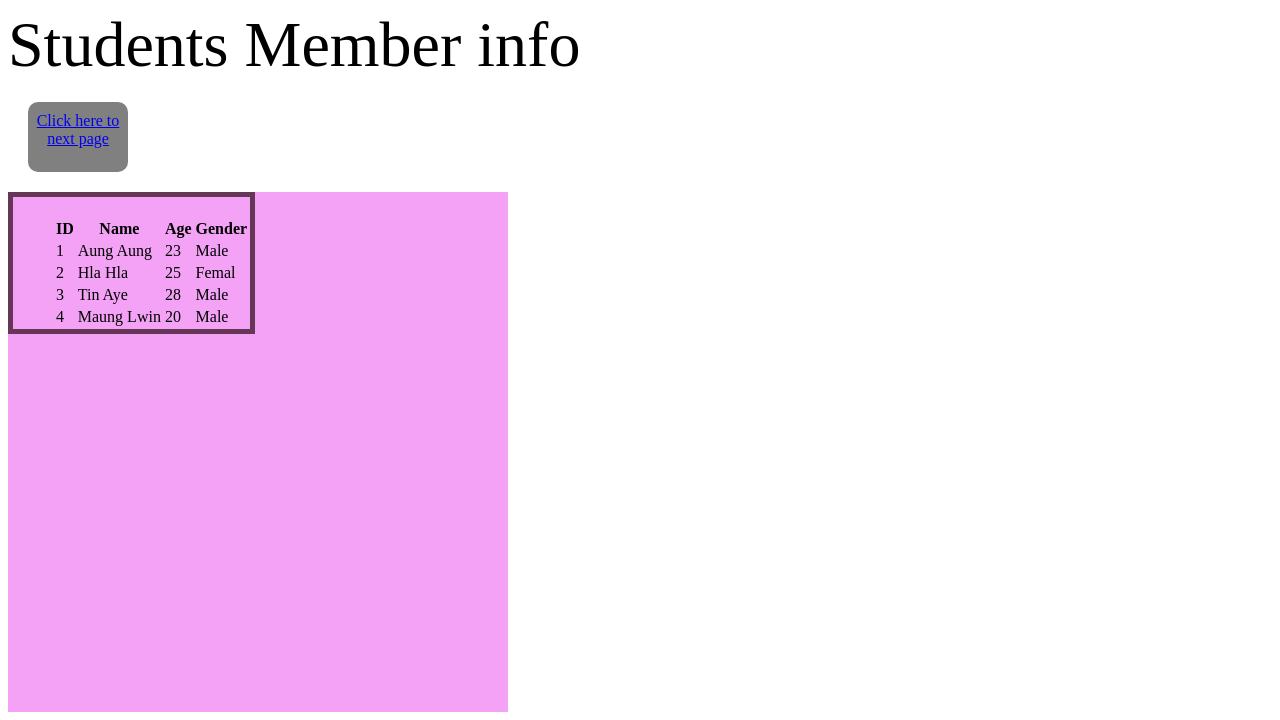
Repository: ThantLwinSoe/Servlet
Page: 01-Communication/src/main/webapp/index.html
An editor plug-in stored every save of this project. The page is shown before and after the next save, followed by the edit.
The browser window is 1280 px wide. The pictures show the whole page.

Above is the page before, as saved 2023-02-07 02:53:50.

After the next save:
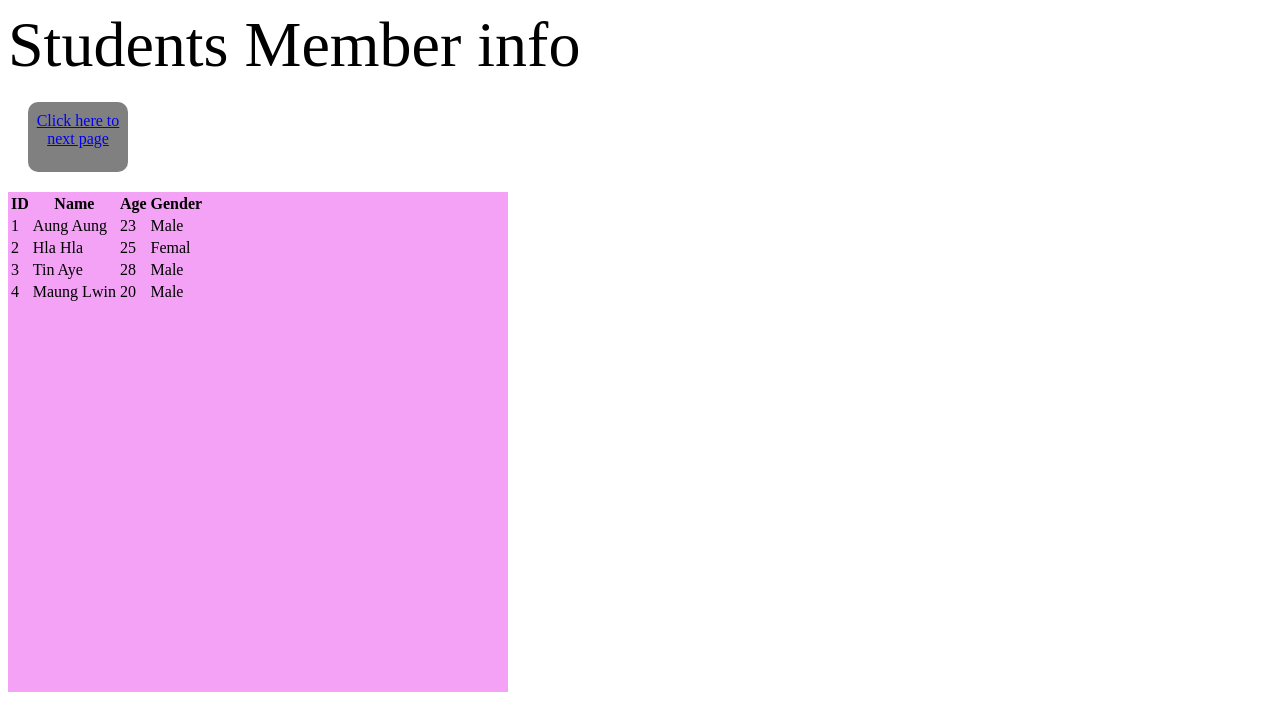
Saved 37 s later.
--- a/01-Communication/src/main/webapp/index.html
+++ b/01-Communication/src/main/webapp/index.html
@@ -18,12 +18,11 @@ h {
 }
 .st_info {
 	margin-top: 20px;
-	padding-bottom:20px;
 	width: 500px;
 	height: 500px;
 	background: #F4A2F6;
 }
-.table_one {
+thead {
 	padding-top: 20px;
 	padding-left: 40px;
 	border: 5px solid #663656;
